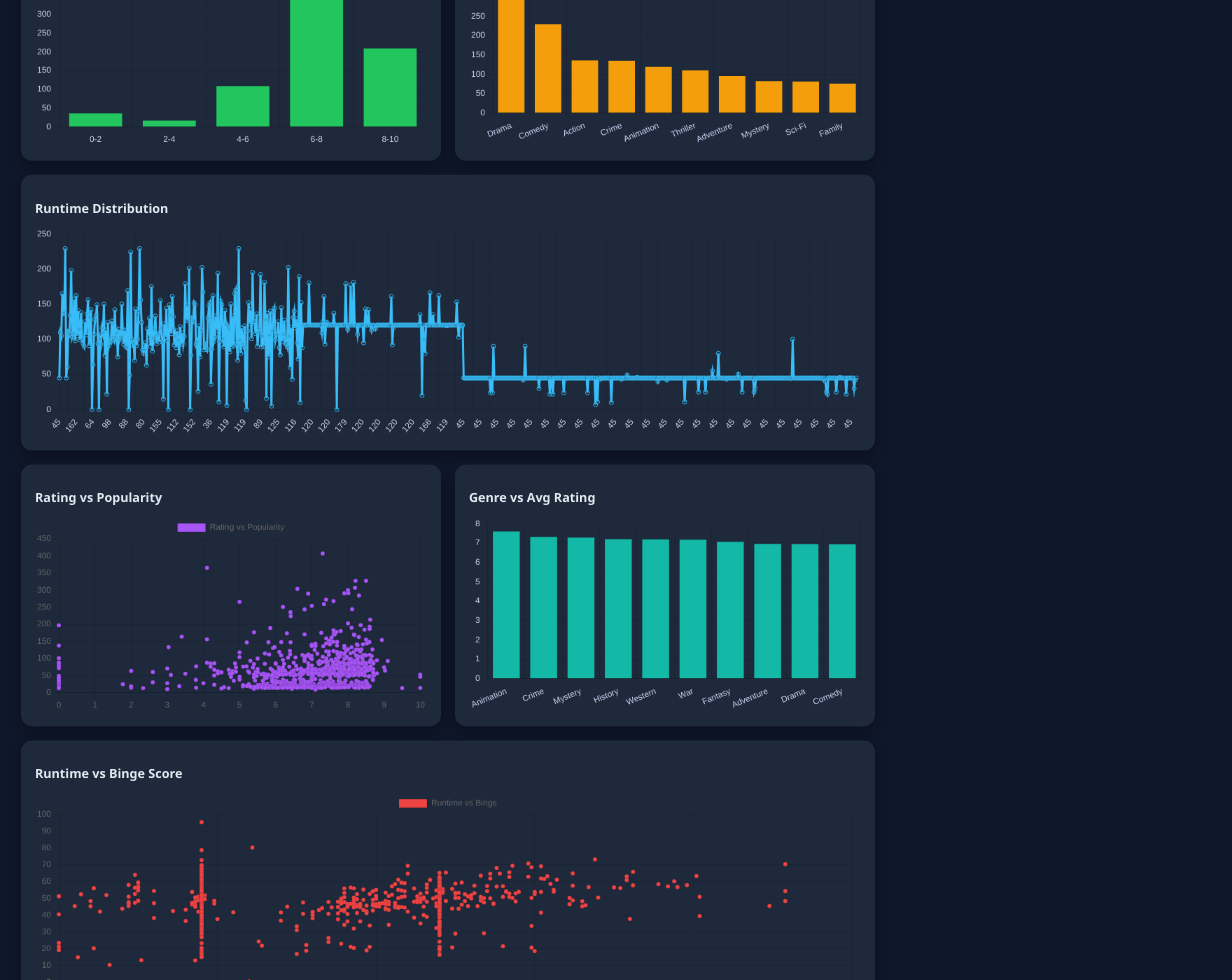
Repository: sanyogita-c05/binge-worthiness-website
Page: http://localhost/analysis
The author's editor kept a copy of each file at every save. The page is drawn from the files as they stood at one save, then again after the next save.
The browser window is 1280 px wide. The page is 1760 px wide, so the pictures cover 1760 px, including what lies to the right of the window. The pictures show the part of the page from y = 1664 to 3064 px (the page is 4272 px tall before and 3473 px after), at 70% of full size.
The page is served by the project's application, run on Flask 3 (backend/app.py).

Above is the page before, as saved 2026-05-03 17:30:44.

### backend/templates/analysis.html
<!DOCTYPE html>
<html>
<head>
    <title>EDA Dashboard</title>
    <script src="https://cdn.jsdelivr.net/npm/chart.js"></script>

    <style>
        body {
            background: #0f172a;
            color: #e2e8f0;
            font-family: 'Segoe UI', sans-serif;
            margin: 0;
            padding: 30px;
        }

        h1 {
            margin-bottom: 25px;
        }

        .grid {
            display: grid;
            grid-template-columns: repeat(2, 1fr);
            gap: 20px;
        }

        .card {
            background: #1e293b;
            padding: 20px;
            border-radius: 16px;
            box-shadow: 0 8px 20px rgba(0,0,0,0.3);
        }

        .full {
            grid-column: span 2;
        }

        h2 {
            margin-bottom: 10px;
            font-size: 18px;
        }

        p {
            font-size: 14px;
            color: #94a3b8;
        }

        table {
            width: 100%;
            border-collapse: collapse;
            margin-top: 10px;
            font-size: 13px;
        }

        th {
            background: #334155;
        }

        td, th {
            border: 1px solid #334155;
            padding: 8px;
            text-align: left;
        }

        canvas {
            margin-top: 15px;
            max-height: 300px;
        }

        .small {
            font-size: 13px;
            color: #94a3b8;
        }

        ul {
            padding-left: 18px;
        }

        li {
            margin-bottom: 6px;
        }
    </style>
</head>

<body>

<h1>📊 Exploratory Data Analysis Dashboard</h1>

<div class="grid">

    <!-- Dataset Overview -->
    <div class="card full">
        <h2>Dataset Overview</h2>
        <p>Total Rows: {{ total_rows }} | Columns: {{ total_cols }}</p>

        <p><b>Columns:</b> {{ columns }}</p>

        <h3>Sample Data</h3>
        <table>
            <tr>
                {% for col in columns %}
                <th>{{ col }}</th>
                {% endfor %}
            </tr>

            {% for row in sample_data %}
            <tr>
                {% for col in columns %}
                <td>{{ row[col] }}</td>
                {% endfor %}
            </tr>
            {% endfor %}
        </table>
    </div>


<!-- Cleaning Section -->
<div class="card full">
    <h2>Data Cleaning Comparison</h2>

    <div style="display:flex; gap:20px;">

        <!-- BEFORE CLEANING -->
        <div style="flex:1;">
            <h3>Before Cleaning</h3>
            <canvas id="missingBeforeChart"></canvas>
        </div>

        <!-- AFTER CLEANING -->
        <div style="flex:1;">
            <h3>After Cleaning</h3>
            <canvas id="missingAfterChart"></canvas>
        </div>

    </div>

    <p class="small">Duplicate Rows Removed: {{ duplicates }}</p>
</div>


    <!-- Univariate -->
    <div class="card">
        <h2>Rating Distribution</h2>
        <canvas id="ratingChart"></canvas>
    </div>

    <div class="card">
        <h2>Genre Frequency</h2>
        <canvas id="genreChart"></canvas>
    </div>

    <div class="card full">
        <h2>Runtime Distribution</h2>
        <canvas id="runtimeChart"></canvas>
    </div>

    <!-- Bivariate -->
    <div class="card">
        <h2>Rating vs Popularity</h2>
        <canvas id="ratingPopChart"></canvas>
    </div>

    <div class="card">
        <h2>Genre vs Avg Rating</h2>
        <canvas id="genreRatingChart"></canvas>
    </div>

    <div class="card full">
        <h2>Runtime vs Binge Score</h2>
        <canvas id="runtimeBingeChart"></canvas>
    </div>

    <!-- Correlation -->
    <div class="card full">
        <h2>Correlation with Binge Score</h2>
        <canvas id="corrChart"></canvas>
    </div>

    <!-- Hypothesis Testing -->
    <div class="card full">
        <h2>Hypothesis Testing (ANOVA)</h2>

        <p><b>Question:</b> Do different genres have different binge scores?</p>

        <p><b>Null Hypothesis (H₀):</b> All genres have the same average binge score.</p>
        <p><b>Alternative Hypothesis (H₁):</b> At least one genre has a different binge score.</p>

        <hr>

        <p><b>F-Statistic:</b> {{ f_stat }}</p>
        <p><b>p-value:</b> {{ p_value }}</p>

        <p><b>Conclusion:</b></p>
        <p style="color:#22c55e;">{{ hypothesis_result }}</p>

        <p class="small">
            If p-value &lt; 0.05 → statistically significant difference exists.
        </p>
    </div>

    <!-- Insights -->
    <div class="card full">
        <h2>Key Insights</h2>
        <ul>
            {% for ins in insights %}
            <li>{{ ins }}</li>
            {% endfor %}
        </ul>
    </div>

</div>

<script>

const commonOptions = {
    responsive: true,
    plugins: {
        legend: { display: false }
    },
    scales: {
        x: { ticks: { color: "#cbd5f5" } },
        y: { ticks: { color: "#cbd5f5" } }
    }
};

// Missing Values
new Chart(document.getElementById('missingChart'), {
    type: 'bar',
    data: {
        labels: {{ missing_labels | tojson }},
        datasets: [{
            label: 'Missing Values',
            data: {{ missing_values | tojson }},
            backgroundColor: '#3b82f6'
        }]
    },
    options: commonOptions
});

// Rating Distribution (FIXED)
new Chart(document.getElementById('ratingChart'), {
    type: 'bar',
    data: {
        labels: {{ rating_bins | tojson }},
        datasets: [{
            label: 'Number of Movies',
            data: {{ rating_counts | tojson }},
            backgroundColor: '#22c55e'
        }]
    },
    options: commonOptions
});

// Genre
new Chart(document.getElementById('genreChart'), {
    type: 'bar',
    data: {
        labels: {{ genre_labels | tojson }},
        datasets: [{
            data: {{ genre_counts | tojson }},
            backgroundColor: '#f59e0b'
        }]
    },
    options: commonOptions
});

// Runtime
new Chart(document.getElementById('runtimeChart'), {
    type: 'line',
    data: {
        labels: {{ runtime_data | tojson }},
        datasets: [{
            data: {{ runtime_data | tojson }},
            borderColor: '#38bdf8'
        }]
    },
    options: commonOptions
});

// Scatter plots
new Chart(document.getElementById('ratingPopChart'), {
    type: 'scatter',
    data: {
        datasets: [{
            label: 'Rating vs Popularity',
            data: {{ rating_list | tojson }}.map((r,i)=>({
                x:r, y: {{ popularity_list | tojson }}[i]
            })),
            backgroundColor: '#a855f7'
        }]
    }
});

new Chart(document.getElementById('runtimeBingeChart'), {
    type: 'scatter',
    data: {
        datasets: [{
            label: 'Runtime vs Binge',
            data: {{ runtime_list | tojson }}.map((r,i)=>({
                x:r, y: {{ binge_list | tojson }}[i]
            })),
            backgroundColor: '#ef4444'
        }]
    }
});

// Genre Rating
new Chart(document.getElementById('genreRatingChart'), {
    type: 'bar',
    data: {
        labels: {{ genre_rating_labels | tojson }},
        datasets: [{
            data: {{ genre_rating_values | tojson }},
            backgroundColor: '#14b8a6'
        }]
    },
    options: commonOptions
});

// Correlation
new Chart(document.getElementById('corrChart'), {
    type: 'bar',
    data: {
        labels: {{ corr_labels | tojson }},
        datasets: [{
            label: 'Correlation',
            data: {{ corr_values | tojson }}[0],
            backgroundColor: '#6366f1'
        }]
    },
    options: commonOptions
});

</script>

</body>
</html>

### backend/mood_engine.py
import pandas as pd
import os
from sklearn.feature_extraction.text import TfidfVectorizer
from sklearn.metrics.pairwise import cosine_similarity

# Load dataset
data_path = os.path.join(os.path.dirname(__file__), "data", "binge_dataset_final.csv")
df = pd.read_csv(data_path)

# ---------------- PREPROCESS ---------------- #
df['overview'] = df['overview'].fillna('')
df['genres'] = df['genres'].fillna('')
df['content'] = df['genres'] + " " + df['overview']

# ---------------- TF-IDF ---------------- #
tfidf = TfidfVectorizer(stop_words='english')
tfidf_matrix = tfidf.fit_transform(df['content'])

# ---------------- MOOD MAPPING ---------------- #
mood_dict = {
    "sad": "emotional sad loss tragedy heartbreak crying depression",
    "happy": "fun joy happiness feel good comedy light family",
    "romantic": "love romance relationship emotional couple",
    "comedy": "funny humor light happy comedy laughter",
    "thriller": "suspense thriller mystery crime action intense",
    "dark": "crime violence revenge psychological thriller mystery",
    "mind-blowing": "twist psychological sci-fi mystery thriller",
    "motivational": "inspiring success struggle biography sports",
    "scary": "horror fear ghost supernatural thriller"
}

# ---------------- MAIN FUNCTION ---------------- #
def get_mood_recommendations(user_mood):
    mood = user_mood.lower().strip()

    # ❌ If mood not found
    if mood not in mood_dict:
        return []

    # Convert mood to vector
    mood_vector = tfidf.transform([mood_dict[mood]])

    # Compute similarity
    similarity_scores = cosine_similarity(mood_vector, tfidf_matrix).flatten()

    # ---------------- 🔥 THRESHOLD FILTER ---------------- #
    threshold = 0.1

    filtered_indices = [
        i for i, score in enumerate(similarity_scores)
        if score > threshold
    ]

    # Sort filtered movies by similarity
    top_indices = sorted(
        filtered_indices,
        key=lambda i: similarity_scores[i],
        reverse=True
    )[:20]

    # ---------------- RESULTS ---------------- #
    results = []

    for idx in top_indices:
        movie = df.iloc[idx]

        results.append({
            "title": movie['title'],
            "score": round(float(movie['binge_score']), 2),
            "overview": movie['overview'] if movie['overview'] else "No description available"
        })

    return results

### backend/model.py
import pandas as pd
from sklearn.model_selection import train_test_split
from sklearn.metrics import mean_absolute_error, mean_squared_error, r2_score
import numpy as np
from sklearn.linear_model import LinearRegression

# -------------------------
# Load dataset
# -------------------------
df = pd.read_csv("data/binge_dataset_updated.csv")

# -------------------------
# Feature Engineering
# -------------------------

# Total watch time (in hours)
df['total_watch_time'] = (df['runtime'] * df['episodes']) / 60

# Smart time transformation (VERY IMPORTANT FIX)
df['time_score'] = 1 / (1 + df['total_watch_time'])

# Optional but powerful feature
df['engagement'] = df['rating_norm'] * df['votes_norm']

# -------------------------
# Features & Target
# -------------------------
features = [
    'rating_norm',
    'votes_norm',
    'popularity_norm',
    'recency_norm',
    'time_score',
    'engagement'
]

target = 'binge_score'

X = df[features]
y = df[target]

# -------------------------
# Train Model
# -------------------------
# Split dataset into training and testing
X_train, X_test, y_train, y_test = train_test_split(
    X, y, test_size=0.2, random_state=42
)

# Train model
model = LinearRegression()
model.fit(X_train, y_train)

# Predict on test data
y_pred = model.predict(X_test)

# Calculate real metrics
mae = mean_absolute_error(y_test, y_pred)
rmse = np.sqrt(mean_squared_error(y_test, y_pred))
r2 = r2_score(y_test, y_pred)

# -------------------------
# Prediction Function
# -------------------------
def predict_binge_ml(movie_row):

    # Calculate watch time
    total_watch_time = (movie_row['runtime'] * movie_row['episodes']) / 60

    # Same transformation as training
    time_score = 1 / (1 + total_watch_time)

    # Engagement feature
    engagement = movie_row['rating_norm'] * movie_row['votes_norm']

    # Input for prediction
    input_data = [[
        movie_row['rating_norm'],
        movie_row['votes_norm'],
        movie_row['popularity_norm'],
        movie_row['recency_norm'],
        time_score,
        engagement
    ]]

    # Predict
    prediction = model.predict(input_data)[0]

    # Clamp score between 0–100
    prediction = max(0, min(100, prediction))

    return round(prediction, 2)

def get_model_metrics():
    return {
        "mae": round(mae, 2),
        "rmse": round(rmse, 2),
        "r2": round(r2, 2)
    }

Loaded but not shown: backend/data/binge_dataset_updated.csv (865 lines, source omitted); backend/data/binge_dataset_final.csv (865 lines, source omitted); backend/app.py (659 lines, source omitted)

After the next save:
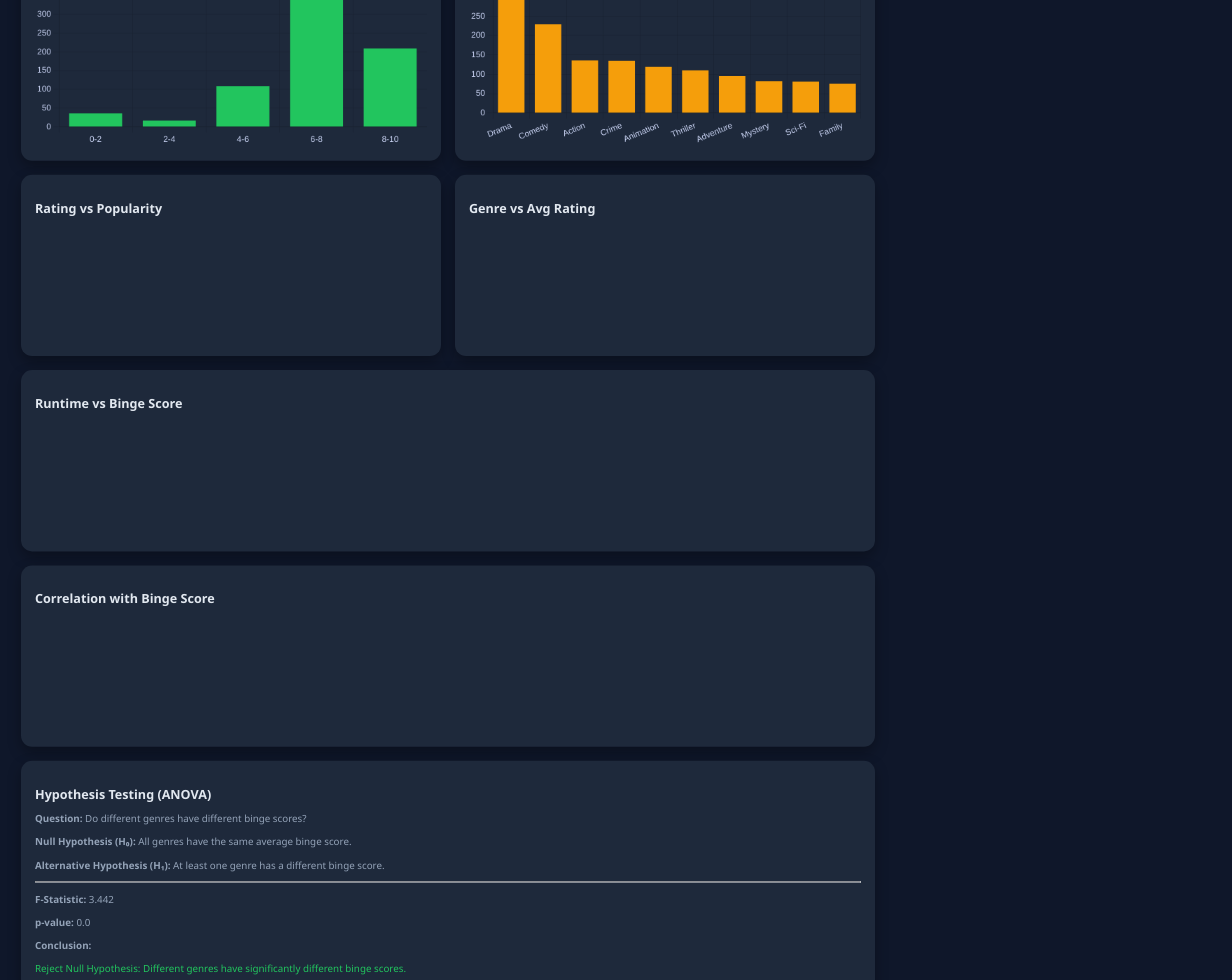
Console error: TypeError: Cannot read properties of null (reading 'id')
Saved 12 s later.
--- a/backend/templates/analysis.html
+++ b/backend/templates/analysis.html
@@ -148,10 +148,6 @@
         <canvas id="genreChart"></canvas>
     </div>
 
-    <div class="card full">
-        <h2>Runtime Distribution</h2>
-        <canvas id="runtimeChart"></canvas>
-    </div>
 
     <!-- Bivariate -->
     <div class="card">
